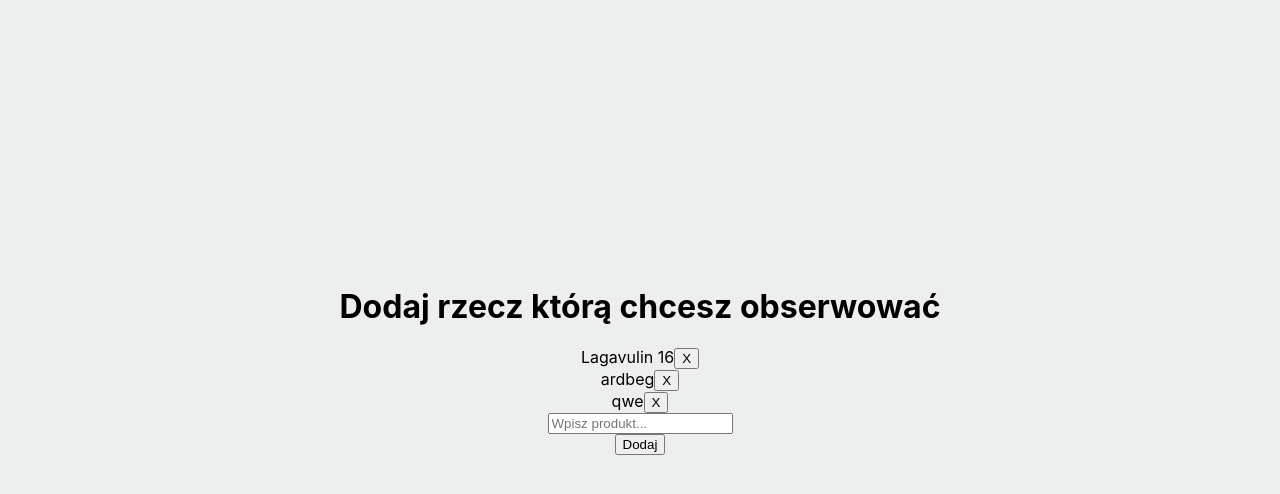
Repository: matedoo/crawler
Page: /MainApp
These files come from the project's save history. The page is drawn as it stood at one moment and after a run of saves; the edit follows.
The browser window is 1280 px wide. The pictures show the whole page.
The project was rebuilt for these pictures with package versions that can differ from the ones it lists, and the page was loaded fresh each time. Requests to the local data server were answered from the project's data file. Also part of the build but not shown: src/Components/button.js, src/Components/LoginComponents/LoginApp.js, src/Components/LoginComponents/RegisterApp.js, src/Components/btnContainer.js, src/Components/heading.js, src/Components/LoginComponents/StartApp.js.

Above is the page before, as saved 2020-04-29 19:26:11.

### public/index.html
<!DOCTYPE html>
<html lang="en">
  <head>
    <meta charset="utf-8" />
    <link rel="icon" href="%PUBLIC_URL%/favicon.ico" />
    <meta name="viewport" content="width=device-width, initial-scale=1" />
    <meta name="theme-color" content="#000000" />
    <meta
      name="description"
      content="Web site created using create-react-app"
    />
    <link rel="apple-touch-icon" href="%PUBLIC_URL%/logo192.png" />
    <!--
      manifest.json provides metadata used when your web app is installed on a
      user's mobile device or desktop. See https://developers.google.com/web/fundamentals/web-app-manifest/
    -->
    <link rel="manifest" href="%PUBLIC_URL%/manifest.json" />
    <!--
      Notice the use of %PUBLIC_URL% in the tags above.
      It will be replaced with the URL of the `public` folder during the build.
      Only files inside the `public` folder can be referenced from the HTML.

      Unlike "/favicon.ico" or "favicon.ico", "%PUBLIC_URL%/favicon.ico" will
      work correctly both with client-side routing and a non-root public URL.
      Learn how to configure a non-root public URL by running `npm run build`.
    -->
    <title>Racoon</title>
  </head>
  <body>
    <noscript>You need to enable JavaScript to run this app.</noscript>
    <div id="root"></div>

  </body>
</html>

### src/App.js
import React from 'react';
import LoginApp from './Components/LoginComponents/LoginApp'
import RegisterApp from './Components/LoginComponents/RegisterApp'
import StartApp from './Components/LoginComponents/StartApp'
import MainApp from './Components/MainApp/MainApp'
import {BrowserRouter as Router, Switch, Route} from 'react-router-dom'




class App extends React.Component {

  render(){
    return (
      <Router>
        <Switch>
          <Route path='/' exact component={StartApp}></Route>
          <Route path='/LoginApp' component={LoginApp}></Route>
          <Route path='/RegisterApp' component={RegisterApp}></Route>
          <Route path='/MainApp' component={MainApp}></Route>
        </Switch>
      </Router>
    );
  }
}



export default App;

### src/Components/MainApp/MainApp.js
import React, { useState, useEffect } from 'react';
import styled from 'styled-components';
import MainAppElement from './MainAppElement'


//http://localhost:4000/items

function MainApp(props) {
  const [inputValue, setInputValue] = useState('')

  const [fetchedData, setFetchedData] = useState([])
  const [dataError, setDataError] = useState(null)
  const [isLoading, setIsLoading] = useState(true)

  useEffect(() => {
    const myFetch = async () => {
      setIsLoading(true)

      try {
        const response = await fetch(`http://localhost:4000/items`)
        const responseParsed = await response.json()

        setIsLoading(false)
        setFetchedData(responseParsed)

      } catch(dataError){
        setIsLoading(false)
        setDataError(dataError)
      }

    }
    myFetch()
  }, [])
  console.log(fetchedData);




  if(isLoading){
    return <p>Loading...</p>
  }
  if(dataError){
    return <p>Error...</p>
  }

  const handleInputChange = (event) => {
    const { value } = event.target

    setInputValue(value)

  }
  const handleButtonClick = () => {
    // setFetchedData({inputValue})

    // const { elementsList } = elementsListState;
    // console.log(elementsList)

    fetch('http://localhost:4000/items', {
        method: 'POST', // or 'PUT'
        headers: {
          'Content-Type': 'application/json',
        },
        body: JSON.stringify({
          title: inputValue
      }),
      })
      .then((response) => response.json())
      .then((data) => {
        if(fetchedData.some(el => el.name === inputValue)){
          console.log(`to jest el.name ${fetchedData}`)
          return;
        }
        setFetchedData([...fetchedData, data])
        console.log('Success:', data);
        setInputValue('')
      })
      .catch((error) => {
        console.error('Error:', error);
      });

  }


    return (
      <LoginAppStyled>
        <h1>Dodaj rzecz którą chcesz obserwować</h1>
        {fetchedData.map((element) => (
          <MainAppElement
            key={element}
            value={element.id}
            element={element.title}
            // handleCloseClick={handleElementRemove}
          />
        ))}
        <input
          name='listelemt'
          placeholder='Wpisz produkt...'
          value={inputValue}
          onChange={handleInputChange}
        />
        <button onClick={handleButtonClick}>Dodaj</button>
        {/* {!!error && <p>{error}</p>} */}

      </LoginAppStyled>
    );

}

export default MainApp;



const LoginAppStyled = styled.div`
   background-color: #edeeee;
   margin: 0;
   padding:0;
   height: 100vh;
   width: 100%;
   display: flex;
   align-items: center;
   justify-content: center;
   flex-direction: column;
`

### src/Components/MainApp/MainAppElement.js
import React from 'react';


function MainAppElement(props){
    const {value, element, handleCloseClick} = props;
    return(
        <div value={value}>
            {element}
            <button onClick={ () => handleCloseClick(element)}>X</button>
        </div>

    )
}

export default MainAppElement;

### db.json
{
  "items": [
    {
      "title": "Lagavulin 16",
      "id": 1
    },
    {
      "title": "ardbeg",
      "id": 3
    },
    {
      "title": "qwe",
      "id": 4
    }

  ]
}

Loaded but not shown: src/index.js (common file); src/styles/index.css (common file); src/serviceWorker.js (common file)

After the next 2 saves:
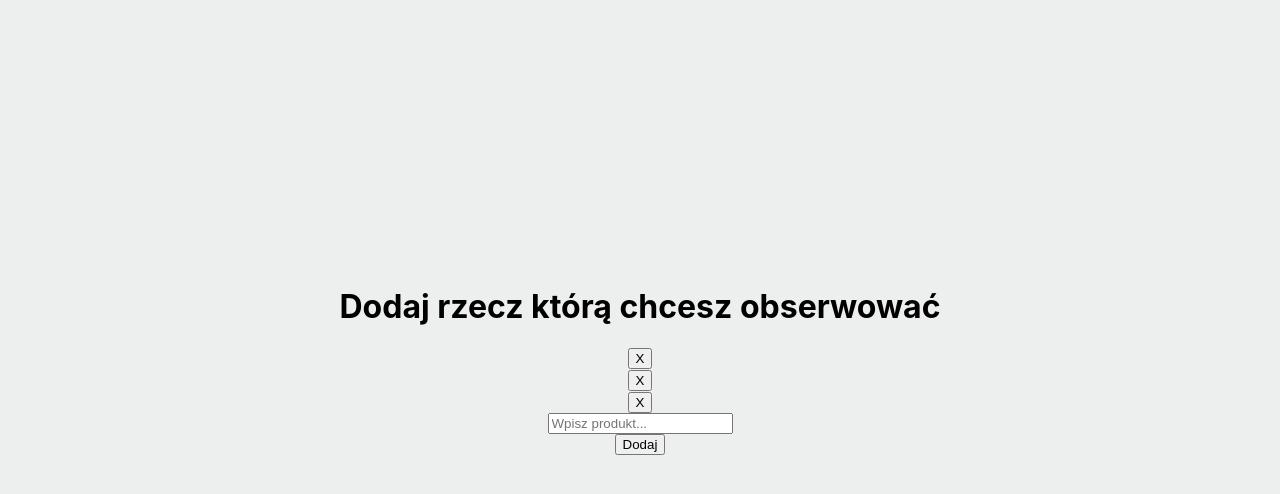
The 2 saves are shown as one change because 1 did not build or start.
The last was saved 2 min 5 s later.
--- a/src/Components/MainApp/MainApp.js
+++ b/src/Components/MainApp/MainApp.js
@@ -84,11 +84,11 @@ function MainApp(props) {
     return (
       <LoginAppStyled>
         <h1>Dodaj rzecz którą chcesz obserwować</h1>
-        {fetchedData.map((element) => (
+        {fetchedData.map((el) => (
           <MainAppElement
-            key={element}
-            value={element.id}
-            element={element.title}
+            key={el}
+            value={el.id}
+            element={el.name}
             // handleCloseClick={handleElementRemove}
           />
         ))}
